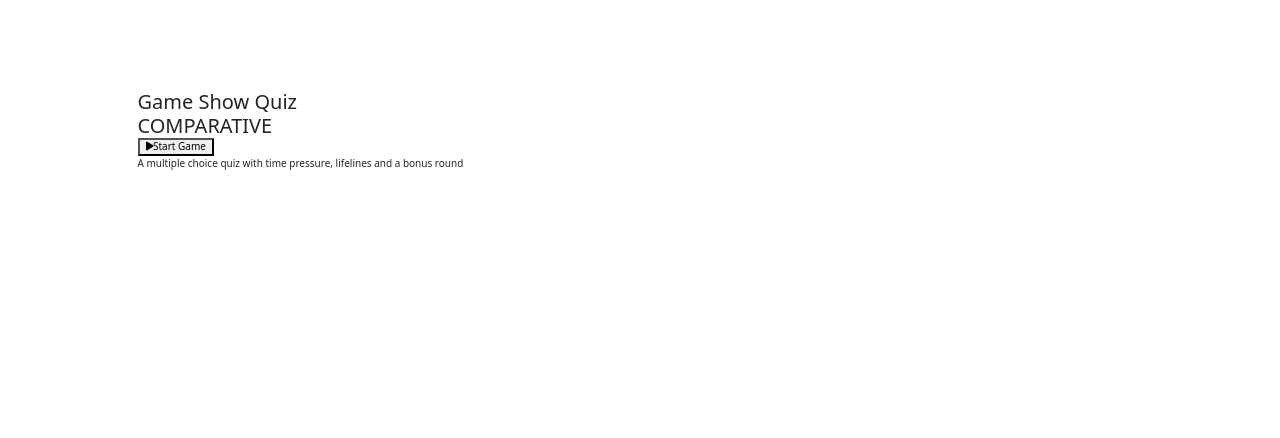
Repository: litaiqiang1407/comparative-gq
Page: /
These files come from the project's save history. The page is drawn as it stood at one moment and after the next save; the edit follows.
The browser window is 1280 px wide. The pictures show the whole page.
The project was rebuilt for these pictures with package versions that can differ from the ones it lists, and the page was loaded fresh each time. Also part of the build but not shown: vue.config.js.

Above is the page before, as saved 2024-06-20 19:43:15.

After the next save:
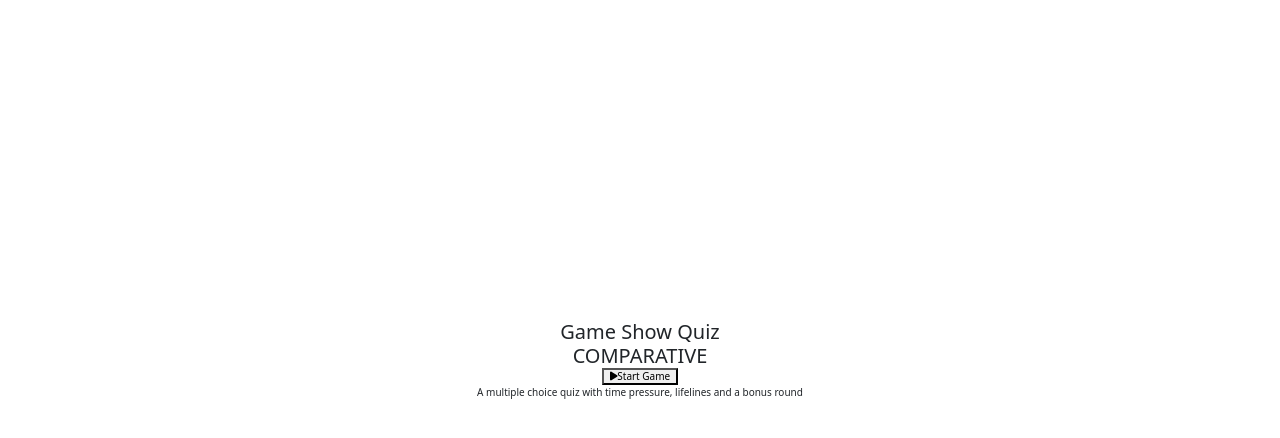
Saved 5 min 2 s later.
--- a/src/components/StartGame/StartGame.scss
+++ b/src/components/StartGame/StartGame.scss
@@ -7,5 +7,10 @@
   .container {
     width: 1020px;
     height: 540px;
+    margin: 0 auto;
+    display: flex;
+    flex-direction: column;
+    justify-content: center;
+    align-items: center;
   }
 }
